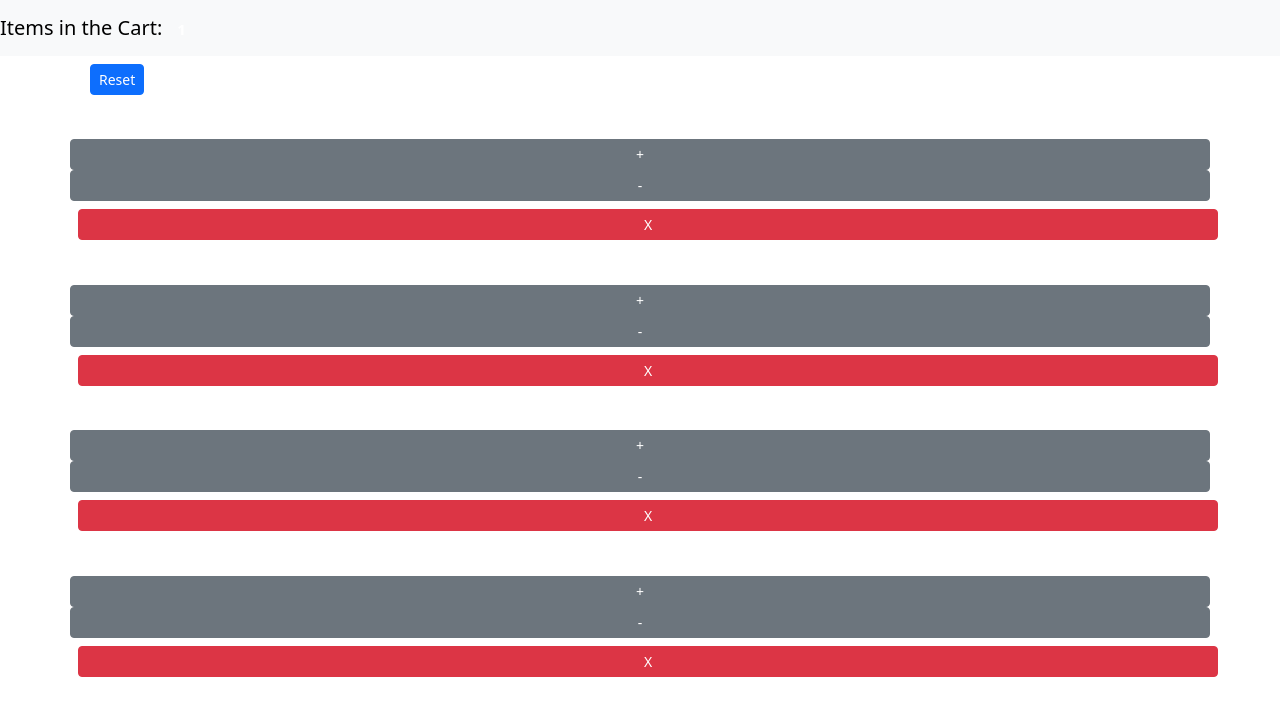
Repository: Edes2128/MovieTable-pagination-filter-sorting-in-React
Page: /
These files come from the project's save history. The page is drawn as it stood at one moment and after the next save; the edit follows.
The browser window is 1280 px wide. The pictures show the whole page.
The project was rebuilt for these pictures with package versions that can differ from the ones it lists, and the page was loaded fresh each time. Also part of the build but not shown: src/App.css.

Above is the page before, as saved 2020-06-16 00:11:12.

After the next save:
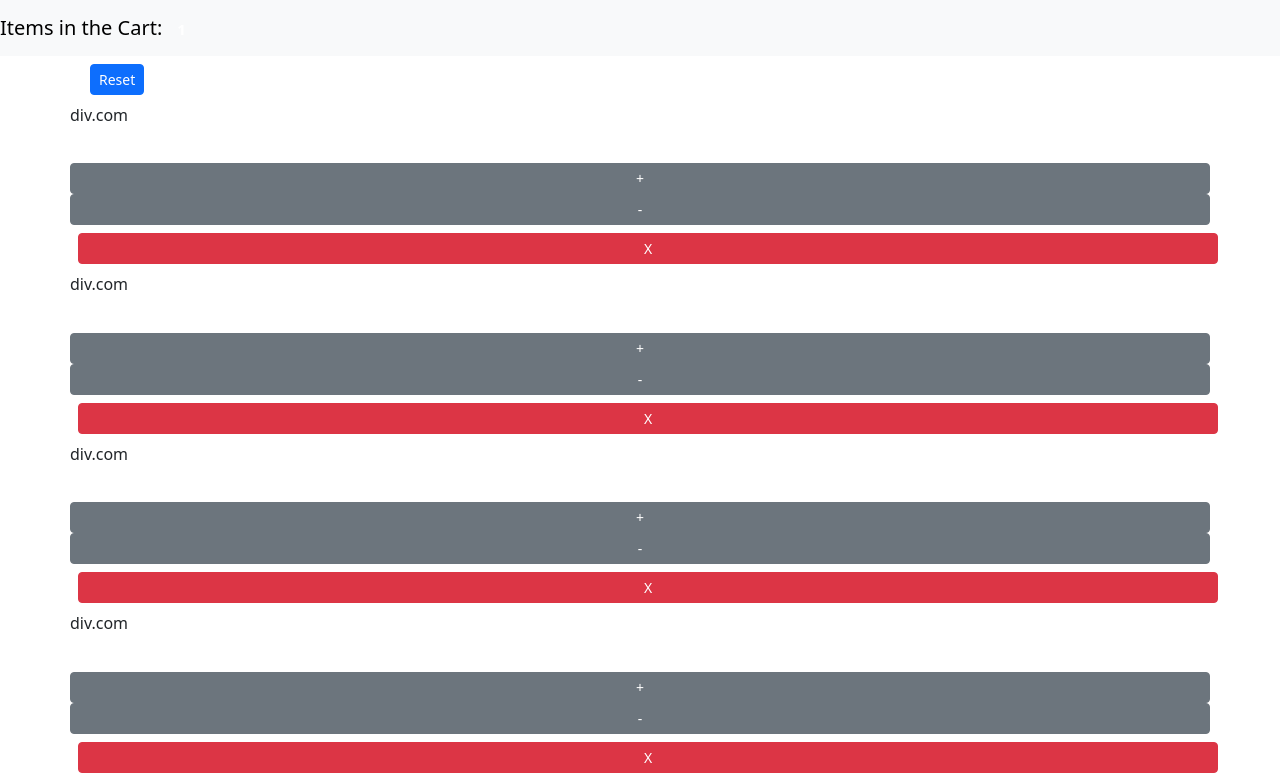
Saved 29 s later.
--- a/src/components/counter.jsx
+++ b/src/components/counter.jsx
@@ -6,6 +6,9 @@
 
         return (
             <div className="row">
+
+                div.com
+
             <span className={this.getBadgeClasses()}>{this.formatCount()}</span>
             <button onClick={() => this.props.onIncrement(this.props.counter)} className="btn btn-secondary btn-sm">+</button>
             <button onClick={() => this.props.onDecrement(this.props.counter)} className="btn btn-secondary btn-sm">-</button>

After the save that followed:
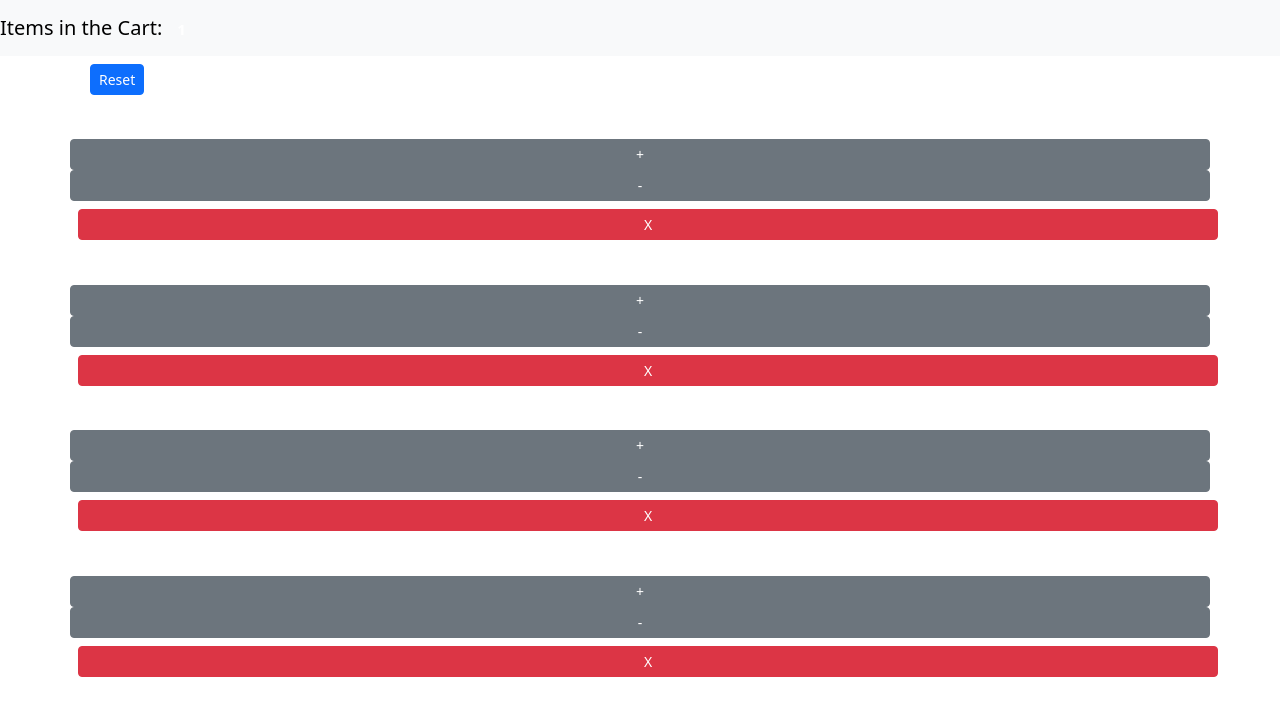
Saved 5 s later.
--- a/src/components/counter.jsx
+++ b/src/components/counter.jsx
@@ -7,7 +7,7 @@
         return (
             <div className="row">
 
-                div.com
+                <div className="col-1"></div>
 
             <span className={this.getBadgeClasses()}>{this.formatCount()}</span>
             <button onClick={() => this.props.onIncrement(this.props.counter)} className="btn btn-secondary btn-sm">+</button>
